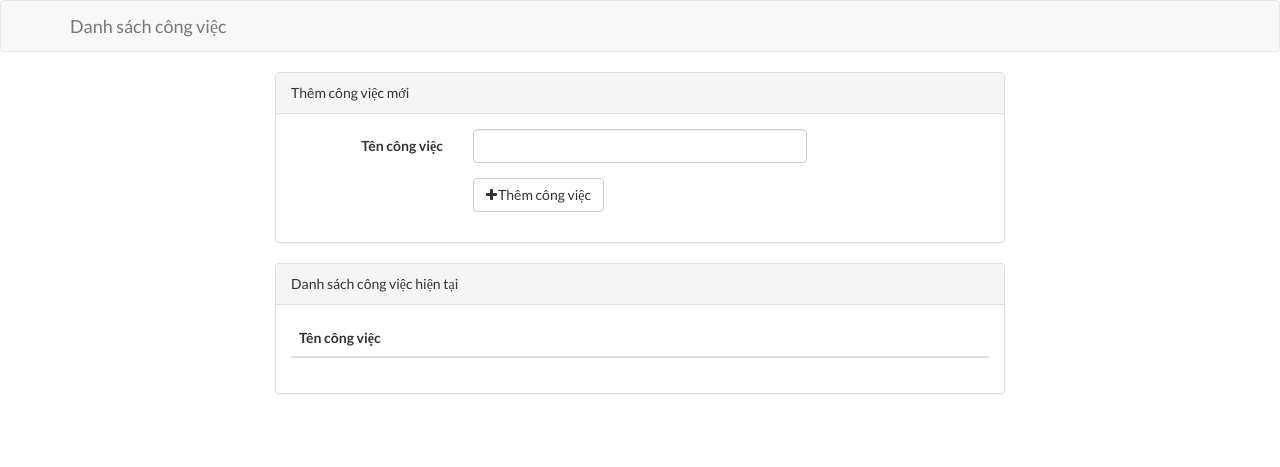
Repository: pvdrh/Laravel_Todo
Page: http://localhost/frontend/task
An editor plug-in stored every save of this project. The page is shown before and after the next save, followed by the edit.
The browser window is 1280 px wide. The pictures show the whole page.
Some web libraries are served in a nearby version. The page is served by the project's Laravel application, run on PHP 8.4 with Laravel 8. Other server files are loaded and not shown. Queries for data that is not in the repository find no rows.

Above is the page before, as saved 2020-10-17 23:47:54.

### routes/web.php
<?php

use App\Http\Controllers\Frontend\TaskController;
use Illuminate\Support\Facades\Route;

/*
|--------------------------------------------------------------------------
| Web Routes
|--------------------------------------------------------------------------
|
| Here is where you can register web routes for your application. These
| routes are loaded by the RouteServiceProvider within a group which
| contains the "web" middleware group. Now create something great!
|
*/

Route::get('/', function () {
    return view('welcome');
});

 Route::get('/',
    [\App\Http\Controllers\HomeController::class, 'index']
);
// Route::prefix('task')
// ->group(function(){
//     Route::get('/create', [
//         \App\Http\Controllers\Task\TaskController::class, 'create'])
//         ->name('tasks.create');

//     Route::get('/edit', [
//         \App\Http\Controllers\Task\TaskController::class, 'create'])
//         ->name('tasks.edit');

//     Route::get('/list', [
//         \App\Http\Controllers\Task\TaskController::class, 'create'])
//         ->name('tasks.list');
// });

// Route::resource('frontend/task', \Frontend\TaskController::class);
// Route::get('frontend/task', 'TaskController@index');

Route::prefix('frontend/task')
->group(function(){
    Route::get('/',[TaskController::class, 'index'])->name('task.index');
    Route::get('/{id}',[TaskController::class, 'show'])->name('task.show');
    Route::get('/{id}/edit',[TaskController::class, 'edit'])->name('task.edit');
    Route::delete('/destroy/{id}',[TaskController::class, 'destroy'])->name('task.delete');
    Route::put('/update/{id}',[TaskController::class, 'update'])->name('task.update');
    Route::post('/store',[TaskController::class, 'store'])->name('task.store');
    Route::get('/create',[TaskController::class, 'create'])->name('task.create');
    Route::get('/complete/{id}',[TaskController::class, 'complete'])->name('task.complete');
    Route::get('/reComplete/{id}',[TaskController::class, 'reComplete'])->name('task.reComplete');

});

### app/Http/Controllers/Frontend/TaskController.php
<?php

namespace App\Http\Controllers\Frontend;

use App\Http\Controllers\Controller;
use Illuminate\Http\Request;
use App\Models\Task;

class TaskController extends Controller
{
    /**
     * Display a listing of the resource.
     *
     * @return \Illuminate\Http\Response
     */
    public function index()
    {
        $tasks = Task::all();
        // ->orderBy('name', 'desc')
        // ->take(5)
        // ->get();

        return view('tasks.list', [
            'tasks'=>$tasks
        ]);
    }

    /**
     * Show the form for creating a new resource.
     *
     * @return \Illuminate\Http\Response
     */
    public function create()
    {

        return view('tasks.create');
    }

    /**
     * Store a newly created resource in storage.
     *
     * @param  \Illuminate\Http\Request  $request
     * @return \Illuminate\Http\Response
     */
    public function store(Request $request)
    {

        $task = new Task();
        $task->name = $request->name;
        $task->status = 0;
        $task->save();

        return redirect()->route('task.index');

        // $name = $request->only('name');
        // $deadline = $request->only('deadline');

        // dd($name,$deadline);
    }

    /**
     * Display the specified resource.
     *
     * @param  int  $id
     * @return \Illuminate\Http\Response
     */
    public function show($id)
    {
        $task = Task::find($id);
        dd($task);
    }

    /**
     * Show the form for editing the specified resource.
     *
     * @param  int  $id
     * @return \Illuminate\Http\Response
     */
    public function edit($id)
    {
        $name = 'Duy';
        return view('tasks.edit');
    }

    /**
     * Update the specified resource in storage.
     *
     * @param  \Illuminate\Http\Request  $request
     * @param  int  $id
     * @return \Illuminate\Http\Response
     */
    public function update(Request $request, $id)
    {
        //
    }

    /**
     * Remove the specified resource from storage.
     *
     * @param  int  $id
     * @return \Illuminate\Http\Response
     */
    public function destroy($id)
    {
        $task = Task::find($id);
        $task->delete();
        return redirect()->route('task.index');
    }

    public function complete($id)
    {
        dd($id);
    }

    public function reComplete($id)
    {
        dd($id);
    }

}

### app/Models/Task.php
<?php

namespace App\Models;

use Illuminate\Database\Eloquent\Factories\HasFactory;
use Illuminate\Database\Eloquent\Model;

class Task extends Model
{
    use HasFactory;
    protected $table = 'tasks';
}

### resources/views/tasks/list.blade.php
<!DOCTYPE html>
<html lang="en">
<head>
    <meta charset="utf-8">
    <meta http-equiv="X-UA-Compatible" content="IE=edge">
    <meta name="viewport" content="width=device-width, initial-scale=1">

    <title>Laravel Todo - Basic</title>

    <!-- Fonts -->
    <link href="https://cdnjs.cloudflare.com/ajax/libs/font-awesome/4.4.0/css/font-awesome.min.css" rel='stylesheet' type='text/css'>
    <link href="https://fonts.googleapis.com/css?family=Lato:100,300,400,700" rel='stylesheet' type='text/css'>

    <!-- Styles -->
    <link href="https://maxcdn.bootstrapcdn.com/bootstrap/3.3.6/css/bootstrap.min.css" rel="stylesheet">
    {{-- <link href="{{ elixir('css/app.css') }}" rel="stylesheet"> --}}

    <style>
        body {
            font-family: 'Lato';
        }
        .fa-btn {
            margin-right: 1px;
        }
        .task-table tbody tr td:nth-child(2){
            width: 120px;
        }
        .task-table tbody tr td:nth-child(3){
            width: 100px;
        }
    </style>
</head>
<body id="app-layout">
<nav class="navbar navbar-default">
    <div class="container">
        <div class="navbar-header">

            <!-- Branding Image -->
            <a class="navbar-brand" href="{{ url('/') }}">
                Danh sách công việc
            </a>
        </div>





     </div>
</nav>




<div class="container">
    <div class="col-sm-offset-2 col-sm-8">
        <div class="panel panel-default">
            <div class="panel-heading">
                Thêm công việc mới
            </div>

            <div class="panel-body">
                <!-- Display Validation Errors -->

                <!-- New Task Form -->
                 <form action="{{ route('task.store')}}" method="POST" class="form-horizontal">
                {{ csrf_field() }}

                <!-- Task Name -->
                    <div class="form-group">
                        <label for="task-name" class="col-sm-3 control-label">Tên công việc</label>
                        <div class="col-sm-6">
                            <input type="text" name="name" id="task-name" class="form-control" value="{{ old('task') }}">
                        </div>
                    </div>

                    <!-- Add Task Button -->
                    <div class="form-group">
                        <div class="col-sm-offset-3 col-sm-6">
                            <button type="submit" class="btn btn-default">
                                <i class="fa fa-btn fa-plus"></i>Thêm công việc
                            </button>
                        </div>
                    </div>
                </form>
            </div>
        </div>

        <!-- Current Tasks -->
        <div class="panel panel-default">
            <div class="panel-heading">
                Danh sách công việc hiện tại
            </div>

            <div class="panel-body">
                <table class="table table-striped task-table">
                    <thead>
                    <th>Tên công việc</th>
                    <th>&nbsp;</th>
                    </thead>
                    <tbody>
                        @foreach ($tasks as $task)
                        <tr>
                            <td class="table-text"><div>{{$task->name}}</div></td>
                            <!-- Task Complete Button -->
                            <td>
                                <a href="{{ route('task.complete',$task['id']) }}" type="submit" class="btn btn-success">
                                    <i class="fa fa-btn fa-check"></i>Hoàn thành
                                </a>
                            </td>
                            <!-- Task Recomplete Button -->
                            <td>
                                <a href="{{ route('task.reComplete',$task['id']) }}" type="submit" class="btn btn-success">
                                    <i class="fa fa-btn fa-check"></i>Làm Lại
                                </a>
                            </td>
                            <!-- Task Delete Button -->
                             <td>
                                <form action="{{ route('task.delete',$task['id']) }}" method="POST">
                                    {{ csrf_field() }}
                                    {{ method_field('DELETE') }}

                                    <button type="submit" class="btn btn-danger">
                                        <i class="fa fa-btn fa-trash"></i>Xoá
                                    </button>
                                </form>
                            </td>
                        </tr>
                        @endforeach



                    </tbody>
                </table>
            </div>
        </div>
    </div>
</div>

<!-- JavaScripts -->
<script src="https://cdnjs.cloudflare.com/ajax/libs/jquery/2.1.4/jquery.min.js"></script>
<script src="https://maxcdn.bootstrapcdn.com/bootstrap/3.3.6/js/bootstrap.min.js"></script>
{{-- <script src="{{ elixir('js/app.js') }}"></script> --}}
</body>
</html>

Loaded but not shown: app/Providers/AppServiceProvider.php (common file); app/Http/Controllers/Controller.php (common file)

After the next save:
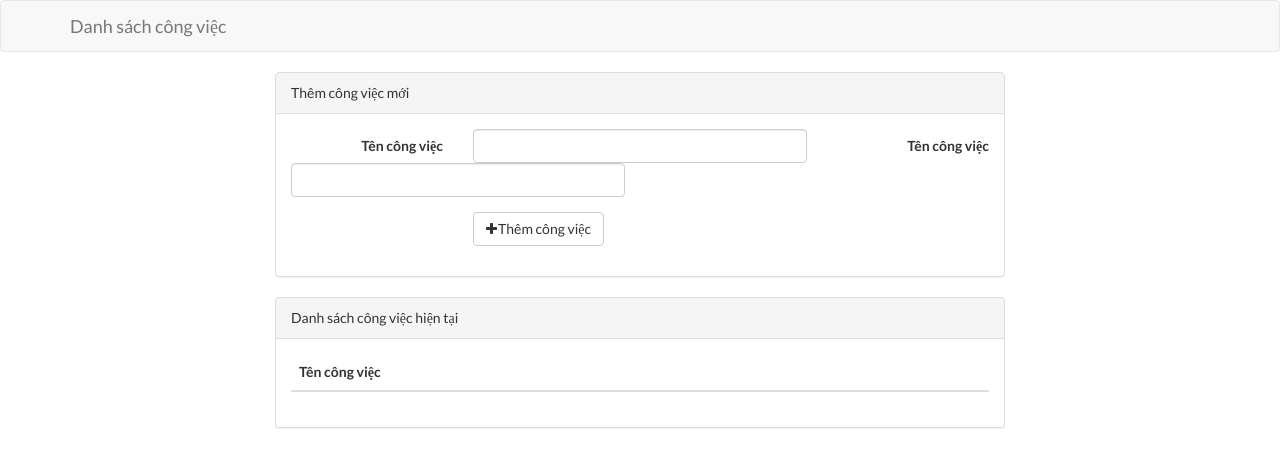
Saved 4 s later.
--- a/resources/views/tasks/list.blade.php
+++ b/resources/views/tasks/list.blade.php
@@ -67,6 +67,11 @@
 
                 <!-- Task Name -->
                     <div class="form-group">
+                        <label for="task-name" class="col-sm-3 control-label">Tên công việc</label>
+                        <div class="col-sm-6">
+                            <input type="text" name="name" id="task-name" class="form-control" value="{{ old('task') }}">
+                        </div>
+
                         <label for="task-name" class="col-sm-3 control-label">Tên công việc</label>
                         <div class="col-sm-6">
                             <input type="text" name="name" id="task-name" class="form-control" value="{{ old('task') }}">
